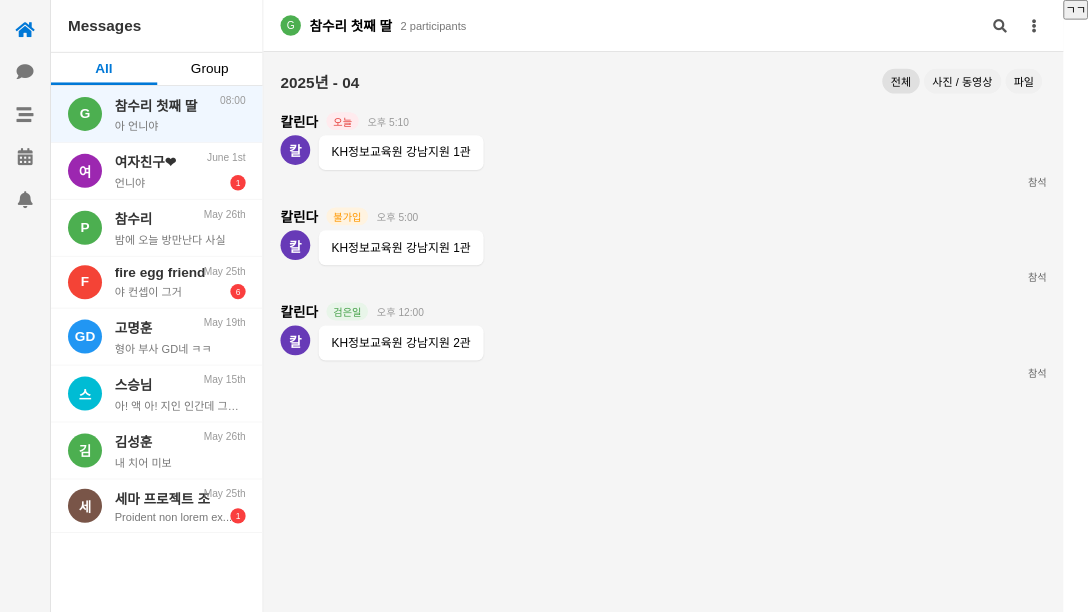
Repository: 1400CP/99_spring-test
Page: http://localhost/Test/
The author's editor kept a copy of each file at every save. The page is drawn from the files as they stood at one save, then again after the next save.
The browser window is 1280 px wide. The pictures show the whole page, at 85% of full size.
The page is served by Tomcat 9. Other server files are loaded and not shown.

Above is the page before, as saved 2025-04-21 08:54:51.
Console error: SyntaxError: missing ) after argument list

### Test/src/main/webapp/index.jsp
<%@ page language="java" contentType="text/html; charset=UTF-8"
    pageEncoding="UTF-8"%>
<!DOCTYPE html>
<html>
<head>
<meta charset="UTF-8">
<title>Insert title here</title>
</head>
<body>
	<jsp:include page="final_calendar1_1.jsp" />

	<form action="earth.bo">
		<button type=submit>ㄱㄱ</button>
	</form>
	<script>
	$.ajax
		(
		url:earth.bo,
		success:function(result){
			console.log("result")
		},
		error:function(){
			console.log("ajax실패")
		}
		)

	</script>

</body>
</html>

### Test/src/main/webapp/final_calendar1_1.jsp
<%@ page language="java" contentType="text/html; charset=UTF-8"
    pageEncoding="UTF-8"%>
<!DOCTYPE html>
<html lang="ko">
<head>
  <meta charset="UTF-8">
  <meta name="viewport" content="width=device-width, initial-scale=1.0">
  <title>채팅 애플리케이션</title>
  <style>
    * {
      margin: 0;
      padding: 0;
      box-sizing: border-box;
      font-family: 'Apple SD Gothic Neo', 'Nanum Gothic', sans-serif;
    }

    body {
      display: flex;
      height: 100vh;
    }

    .sidebar {
      width: 60px;
      background-color: #f5f5f5;
      display: flex;
      flex-direction: column;
      align-items: center;
      padding-top: 20px;
      border-right: 1px solid #e0e0e0;
    }

    .sidebar-icon {
      width: 30px;
      height: 30px;
      margin-bottom: 20px;
      display: flex;
      justify-content: center;
      align-items: center;
      cursor: pointer;
      color: #777;
    }

    .sidebar-icon.active {
      color: #0078d7;
    }

    .sidebar-icon i {
      font-size: 20px;
    }

    .chat-list {
      width: 250px;
      background-color: #fff;
      border-right: 1px solid #e0e0e0;
      overflow-y: auto;
    }

    .chat-header {
      padding: 20px;
      border-bottom: 1px solid #e0e0e0;
    }

    .chat-header h2 {
      font-size: 18px;
      font-weight: bold;
      color: #333;
    }

    .chat-tabs {
      display: flex;
      border-bottom: 1px solid #e0e0e0;
    }

    .chat-tab {
      flex: 1;
      padding: 10px;
      text-align: center;
      cursor: pointer;
      position: relative;
    }

    .chat-tab.active {
      font-weight: bold;
      color: #0078d7;
    }

    .chat-tab.active:after {
      content: '';
      position: absolute;
      bottom: 0;
      left: 0;
      width: 100%;
      height: 3px;
      background-color: #0078d7;
    }

    .chat-item {
      padding: 10px 20px;
      border-bottom: 1px solid #f5f5f5;
      cursor: pointer;
      display: flex;
      align-items: center;
      position: relative;
    }

    .chat-item.active {
      background-color: #f0f7ff;
    }

    .chat-item:hover {
      background-color: #f9f9f9;
    }

    .profile-icon {
      width: 40px;
      height: 40px;
      border-radius: 50%;
      background-color: #ddd;
      margin-right: 15px;
      display: flex;
      justify-content: center;
      align-items: center;
      color: white;
      font-weight: bold;
    }

    .chat-item-info {
      flex: 1;
    }

    .chat-name {
      font-weight: bold;
      margin-bottom: 3px;
      color: #333;
    }

    .chat-preview {
      font-size: 13px;
      color: #777;
      white-space: nowrap;
      overflow: hidden;
      text-overflow: ellipsis;
      max-width: 150px;
    }

    .chat-date {
      font-size: 12px;
      color: #999;
      position: absolute;
      right: 20px;
      top: 10px;
    }

    .notification-badge {
      width: 18px;
      height: 18px;
      background-color: #fa3e3e;
      color: white;
      border-radius: 50%;
      display: flex;
      justify-content: center;
      align-items: center;
      font-size: 10px;
      position: absolute;
      right: 20px;
      bottom: 10px;
    }

    .chat-content {
      flex: 1;
      display: flex;
      flex-direction: column;
      background-color: #f5f5f5;
    }

    .chat-top {
      padding: 15px 20px;
      border-bottom: 1px solid #e0e0e0;
      display: flex;
      justify-content: space-between;
      align-items: center;
      background-color: #fff;
    }

    .chat-title {
      display: flex;
      align-items: center;
    }

    .group-icon {
      width: 24px;
      height: 24px;
      display: flex;
      justify-content: center;
      align-items: center;
      background-color: #4caf50;
      border-radius: 50%;
      margin-right: 10px;
      color: white;
      font-size: 12px;
    }

    .chat-title h3 {
      font-size: 16px;
      font-weight: bold;
    }

    .chat-title span {
      font-size: 13px;
      color: #777;
      margin-left: 10px;
    }

    .chat-actions {
      display: flex;
      align-items: center;
    }

    .action-icon {
      width: 30px;
      height: 30px;
      display: flex;
      justify-content: center;
      align-items: center;
      cursor: pointer;
      margin-left: 10px;
      color: #555;
    }

    .chat-messages {
      flex: 1;
      padding: 20px;
      overflow-y: auto;
    }

    .date-divider {
      text-align: center;
      margin: 15px 0;
      position: relative;
    }

    .date-divider::before {
      content: '';
      position: absolute;
      top: 50%;
      left: 0;
      right: 0;
      height: 1px;
      background-color: #e0e0e0;
      z-index: 1;
    }

    .date-text {
      background-color: #f5f5f5;
      padding: 0 10px;
      position: relative;
      z-index: 2;
      font-size: 14px;
      color: #777;
    }

    .year-month {
      display: flex;
      justify-content: space-between;
      align-items: center;
      margin-bottom: 20px;
    }

    .year-month-text {
      font-size: 18px;
      font-weight: bold;
      color: #333;
    }

    .media-tabs {
      display: flex;
    }

    .media-tab {
      padding: 5px 10px;
      margin-right: 5px;
      border-radius: 15px;
      cursor: pointer;
      font-size: 13px;
      background-color: #f0f0f0;
    }

    .media-tab.active {
      background-color: #e0e0e0;
    }

    .message {
      margin-bottom: 20px;
      display: flex;
      flex-direction: column;
    }

    .message-header {
      display: flex;
      align-items: center;
      margin-bottom: 5px;
    }

    .message-sender {
      font-weight: bold;
      margin-right: 10px;
    }

    .message-time {
      font-size: 12px;
      color: #999;
    }

    .message-body {
      display: flex;
      align-items: flex-start;
    }

    .message-profile {
      width: 35px;
      height: 35px;
      border-radius: 50%;
      background-color: #673ab7;
      margin-right: 10px;
      display: flex;
      justify-content: center;
      align-items: center;
      color: white;
      font-weight: bold;
    }

    .message-content {
      background-color: white;
      padding: 10px 15px;
      border-radius: 8px;
      box-shadow: 0 1px 2px rgba(0, 0, 0, 0.1);
      max-width: 60%;
    }

    .message-text {
      font-size: 14px;
      line-height: 1.5;
    }

    .message-attachment {
      margin-top: 5px;
      font-size: 13px;
      color: #0078d7;
      display: flex;
      align-items: center;
    }

    .message-info {
      font-size: 12px;
      color: #999;
    }

    .message-actions {
      display: flex;
      justify-content: flex-end;
      margin-top: 5px;
    }

    .action-button {
      margin-left: 10px;
      font-size: 12px;
      color: #666;
      cursor: pointer;
    }

    .status-tag {
      padding: 2px 8px;
      border-radius: 12px;
      font-size: 12px;
      margin-right: 10px;
    }

    .status-red {
      background-color: #ffebee;
      color: #e53935;
    }

    .status-green {
      background-color: #e8f5e9;
      color: #43a047;
    }

    .status-orange {
      background-color: #fff3e0;
      color: #ff9800;
    }

    .dropdown {
      position: relative;
      display: inline-block;
    }

    .dropdown-content {
      display: none;
      position: absolute;
      background-color: white;
      min-width: 120px;
      box-shadow: 0px 8px 16px rgba(0,0,0,0.1);
      z-index: 1;
      border-radius: 4px;
    }

    .dropdown-content a {
      color: black;
      padding: 10px 15px;
      text-decoration: none;
      display: block;
      font-size: 14px;
    }

    .dropdown-content a:hover {
      background-color: #f5f5f5;
    }

    .dropdown:hover .dropdown-content {
      display: block;
    }

    /* Calendar Hover */
    .calendar-popup {
      display: none;
      position: absolute;
      top: 60px;
      left: 100px;
      width: 300px;
      background-color: white;
      border-radius: 8px;
      box-shadow: 0 5px 15px rgba(0,0,0,0.1);
      z-index: 1000;
      padding: 15px;
    }

    .calendar-header {
      display: flex;
      justify-content: space-between;
      align-items: center;
      margin-bottom: 15px;
    }

    .calendar-title {
      font-weight: bold;
    }

    .calendar-nav {
      display: flex;
    }

    .calendar-nav-btn {
      padding: 5px 10px;
      cursor: pointer;
    }

    .calendar-weekdays {
      display: grid;
      grid-template-columns: repeat(7, 1fr);
      text-align: center;
      font-weight: bold;
      margin-bottom: 10px;
    }

    .calendar-days {
      display: grid;
      grid-template-columns: repeat(7, 1fr);
      gap: 5px;
    }

    .calendar-day {
      height: 30px;
      display: flex;
      justify-content: center;
      align-items: center;
      cursor: pointer;
      border-radius: 50%;
    }

    .calendar-day:hover {
      background-color: #f0f0f0;
    }

    .calendar-day.current {
      background-color: #0078d7;
      color: white;
    }

    .calendar-day.event {
      position: relative;
    }

    .calendar-day.event::after {
      content: '';
      position: absolute;
      bottom: 2px;
      width: 4px;
      height: 4px;
      background-color: #0078d7;
      border-radius: 50%;
    }

    .status-selector {
      margin-top: 5px;
      display: flex;
      align-items: center;
    }

    .status-selector select {
      padding: 5px;
      border-radius: 4px;
      border: 1px solid #ddd;
      margin-left: 5px;
    }
  </style>
  <link href="https://cdnjs.cloudflare.com/ajax/libs/font-awesome/5.15.4/css/all.min.css" rel="stylesheet">
</head>
<body>
  <!-- 사이드바 메뉴 -->
  <div class="sidebar">
    <div class="sidebar-icon active" id="home-btn" title="홈">
      <i class="fas fa-home"></i>
    </div>
    <div class="sidebar-icon" id="chat-btn" title="채팅">
      <i class="fas fa-comment"></i>
    </div>
    <div class="sidebar-icon" id="timeline-btn" title="타임라인">
      <i class="fas fa-stream"></i>
    </div>
    <div class="sidebar-icon" id="calendar-btn" title="캘린더">
      <i class="fas fa-calendar-alt"></i>
    </div>
    <div class="sidebar-icon" id="notification-btn" title="알림">
      <i class="fas fa-bell"></i>
    </div>
  </div>

  <!-- 채팅 목록 -->
  <div class="chat-list">
    <div class="chat-header">
      <h2>Messages</h2>
    </div>
    <div class="chat-tabs">
      <div class="chat-tab active" id="all-tab">All</div>
      <div class="chat-tab" id="group-tab">Group</div>
    </div>

    <div class="chat-item active">
      <div class="profile-icon" style="background-color: #4caf50;">G</div>
      <div class="chat-item-info">
        <div class="chat-name">참수리 첫째 딸</div>
        <div class="chat-preview">아 언니야</div>
      </div>
      <div class="chat-date">08:00</div>
    </div>

    <div class="chat-item">
      <div class="profile-icon" style="background-color: #9c27b0;">여</div>
      <div class="chat-item-info">
        <div class="chat-name">여자친구❤</div>
        <div class="chat-preview">언니야</div>
      </div>
      <div class="chat-date">June 1st</div>
      <div class="notification-badge">1</div>
    </div>

    <div class="chat-item">
      <div class="profile-icon" style="background-color: #4caf50;">P</div>
      <div class="chat-item-info">
        <div class="chat-name">참수리</div>
        <div class="chat-preview">밤에 오늘 방만난다 사실</div>
      </div>
      <div class="chat-date">May 26th</div>
    </div>

    <div class="chat-item">
      <div class="profile-icon" style="background-color: #f44336;">F</div>
      <div class="chat-item-info">
        <div class="chat-name">fire egg friend</div>
        <div class="chat-preview">야 컨셉이 그거</div>
      </div>
      <div class="chat-date">May 25th</div>
      <div class="notification-badge">6</div>
    </div>

    <div class="chat-item">
      <div class="profile-icon" style="background-color: #2196f3;">GD</div>
      <div class="chat-item-info">
        <div class="chat-name">고명훈</div>
        <div class="chat-preview">형아 부사 GD네 ㅋㅋ</div>
      </div>
      <div class="chat-date">May 19th</div>
    </div>

    <div class="chat-item">
      <div class="profile-icon" style="background-color: #00bcd4;">스</div>
      <div class="chat-item-info">
        <div class="chat-name">스승님</div>
        <div class="chat-preview">아! 액 아! 지인 인간데 그걸 못해?</div>
      </div>
      <div class="chat-date">May 15th</div>
    </div>

    <div class="chat-item">
      <div class="profile-icon" style="background-color: #4caf50;">김</div>
      <div class="chat-item-info">
        <div class="chat-name">김성훈</div>
        <div class="chat-preview">내 치어 미보</div>
      </div>
      <div class="chat-date">May 26th</div>
    </div>

    <div class="chat-item">
      <div class="profile-icon" style="background-color: #795548;">세</div>
      <div class="chat-item-info">
        <div class="chat-name">세마 프로젝트 조</div>
        <div class="chat-preview">Proident non lorem ex...</div>
      </div>
      <div class="chat-date">May 25th</div>
      <div class="notification-badge">1</div>
    </div>
  </div>

  <!-- 채팅 내용 -->
  <div class="chat-content">
    <div class="chat-top">
      <div class="chat-title">
        <div class="group-icon">G</div>
        <h3>참수리 첫째 딸</h3>
        <span>2 participants</span>
      </div>
      <div class="chat-actions">
        <div class="action-icon">
          <i class="fas fa-search"></i>
        </div>
        <div class="action-icon">
          <i class="fas fa-ellipsis-v"></i>
        </div>
      </div>
    </div>

    <div class="chat-messages">
      <div class="year-month">
        <div class="year-month-text">2025년 - 04</div>
        <div class="media-tabs">
          <div class="media-tab active">전체</div>
          <div class="media-tab">사진 / 동영상</div>
          <div class="media-tab">파일</div>
        </div>
      </div>

      <div class="message">
        <div class="message-header">
          <div class="message-sender">칼린다</div>
          <div class="status-tag status-red">오늘</div>
          <div class="message-time">오후 5:10</div>
        </div>
        <div class="message-body">
          <div class="message-profile" style="background-color: #673ab7;">칼</div>
          <div class="message-content">
            <div class="message-text">KH정보교육원 강남지원 1관</div>
            <div class="message-info"></div>
          </div>
        </div>
        <div class="message-actions">
          <div class="dropdown">
            <div class="action-button">참석</div>
            <div class="dropdown-content">
              <a href="#">참석</a>
              <a href="#">불참</a>
              <a href="#">미정</a>
            </div>
          </div>
        </div>
      </div>

      <div class="message">
        <div class="message-header">
          <div class="message-sender">칼린다</div>
          <div class="status-tag status-orange">불가입</div>
          <div class="message-time">오후 5:00</div>
        </div>
        <div class="message-body">
          <div class="message-profile" style="background-color: #673ab7;">칼</div>
          <div class="message-content">
            <div class="message-text">KH정보교육원 강남지원 1관</div>
            <div class="message-info"></div>
          </div>
        </div>
        <div class="message-actions">
          <div class="dropdown">
            <div class="action-button">참석</div>
            <div class="dropdown-content">
              <a href="#">참석</a>
              <a href="#">불참</a>
              <a href="#">미정</a>
            </div>
          </div>
        </div>
      </div>

      <div class="message">
        <div class="message-header">
          <div class="message-sender">칼린다</div>
          <div class="status-tag status-green">검은일</div>
          <div class="message-time">오후 12:00</div>
        </div>
        <div class="message-body">
          <div class="message-profile" style="background-color: #673ab7;">칼</div>
          <div class="message-content">
            <div class="message-text">KH정보교육원 강남지원 2관</div>
            <div class="message-info"></div>
          </div>
        </div>
        <div class="message-actions">
          <div class="dropdown">
            <div class="action-button">참석</div>
            <div class="dropdown-content">
              <a href="#">참석</a>
              <a href="#">불참</a>
              <a href="#">미정</a>
            </div>
          </div>
        </div>
      </div>
    </div>
  </div>

  <!-- 캘린더 팝업 (hover시 표시) -->
  <div class="calendar-popup" id="calendar-popup">
    <div class="calendar-header">
      <div class="calendar-title">2025년 4월</div>
      <div class="calendar-nav">
        <div class="calendar-nav-btn"><i class="fas fa-chevron-left"></i></div>
        <div class="calendar-nav-btn"><i class="fas fa-chevron-right"></i></div>
      </div>
    </div>
    <div class="calendar-weekdays">
      <div>일</div>
      <div>월</div>
      <div>화</div>
      <div>수</div>
      <div>목</div>
      <div>금</div>
      <div>토</div>
    </div>
    <div class="calendar-days">
      <!-- 날짜 생성은 JavaScript로 처리 -->
    </div>
  </div>

  <script>
    // 사이드바 메뉴 기능
    document.querySelectorAll('.sidebar-icon').forEach(icon => {
      icon.addEventListener('click', function() {
        document.querySelectorAll('.sidebar-icon').forEach(i => i.classList.remove('active'));
        this.classList.add('active');

        // 캘린더 버튼 클릭시 캘린더 팝업 토글
        if (this.id === 'calendar-btn') {
          const calendarPopup = document.getElementById('calendar-popup');
          calendarPopup.style.display = calendarPopup.style.display === 'block' ? 'none' : 'block';
        } else {
          document.getElementById('calendar-popup').style.display = 'none';
        }
      });
    });

    // 채팅 탭 기능
    document.querySelectorAll('.chat-tab').forEach(tab => {
      tab.addEventListener('click', function() {
        document.querySelectorAll('.chat-tab').forEach(t => t.classList.remove('active'));
        this.classList.add('active');
      });
    });

    // 미디어 탭 기능
    document.querySelectorAll('.media-tab').forEach(tab => {
      tab.addEventListener('click', function() {
        document.querySelectorAll('.media-tab').forEach(t => t.classList.remove('active'));
        this.classList.add('active');
      });
    });

    // 채팅방 선택 기능
    document.querySelectorAll('.chat-item').forEach(item => {
      item.addEventListener('click', function() {
        document.querySelectorAll('.chat-item').forEach(i => i.classList.remove('active'));
        this.classList.add('active');
      });
    });

    // 캘린더 생성 함수
    function createCalendar() {
      const daysContainer = document.querySelector('.calendar-days');
      daysContainer.innerHTML = '';

      // 2025년 4월의 첫 날과 마지막 날
      const firstDay = new Date(2025, 3, 1).getDay(); // 3은 4월 (0부터 시작)
      const lastDate = new Date(2025, 4, 0).getDate();

      // 이전 달의 일부 날짜 표시 (비활성)
      for (let i = 0; i < firstDay; i++) {
        const dayElem = document.createElement('div');
        dayElem.className = 'calendar-day inactive';
        daysContainer.appendChild(dayElem);
      }

      // 현재 달의 날짜 표시
      for (let i = 1; i <= lastDate; i++) {
        const dayElem = document.createElement('div');
        dayElem.className = 'calendar-day';
        dayElem.textContent = i;

        // 이벤트가 있는 날짜 표시 (예시)
        if (i === 16 || i === 17 || i === 18) {
          dayElem.classList.add('event');
        }

        // 오늘 날짜 표시 (예시)
        if (i === 16) {
          dayElem.classList.add('current');
        }

        daysContainer.appendChild(dayElem);
      }
    }

    // 페이지 로드 시 캘린더 생성
    window.addEventListener('DOMContentLoaded', createCalendar);

    // 상태 선택 기능 (참석, 불참, 미정)
    document.querySelectorAll('.dropdown-content a').forEach(option => {
      option.addEventListener('click', function(e) {
        e.preventDefault();
        const status = this.textContent;
        const actionButton = this.closest('.dropdown').querySelector('.action-button');
        actionButton.textContent = status;

        // 여기에 상태 변경 로직 추가 가능
        // 예: 서버에 상태 업데이트 요청 등
      });
    });
  </script>
</body>
</html>

Loaded but not shown: Test/src/main/webapp/alarm_edit.jsp (1177 lines, source omitted)

After the next save:
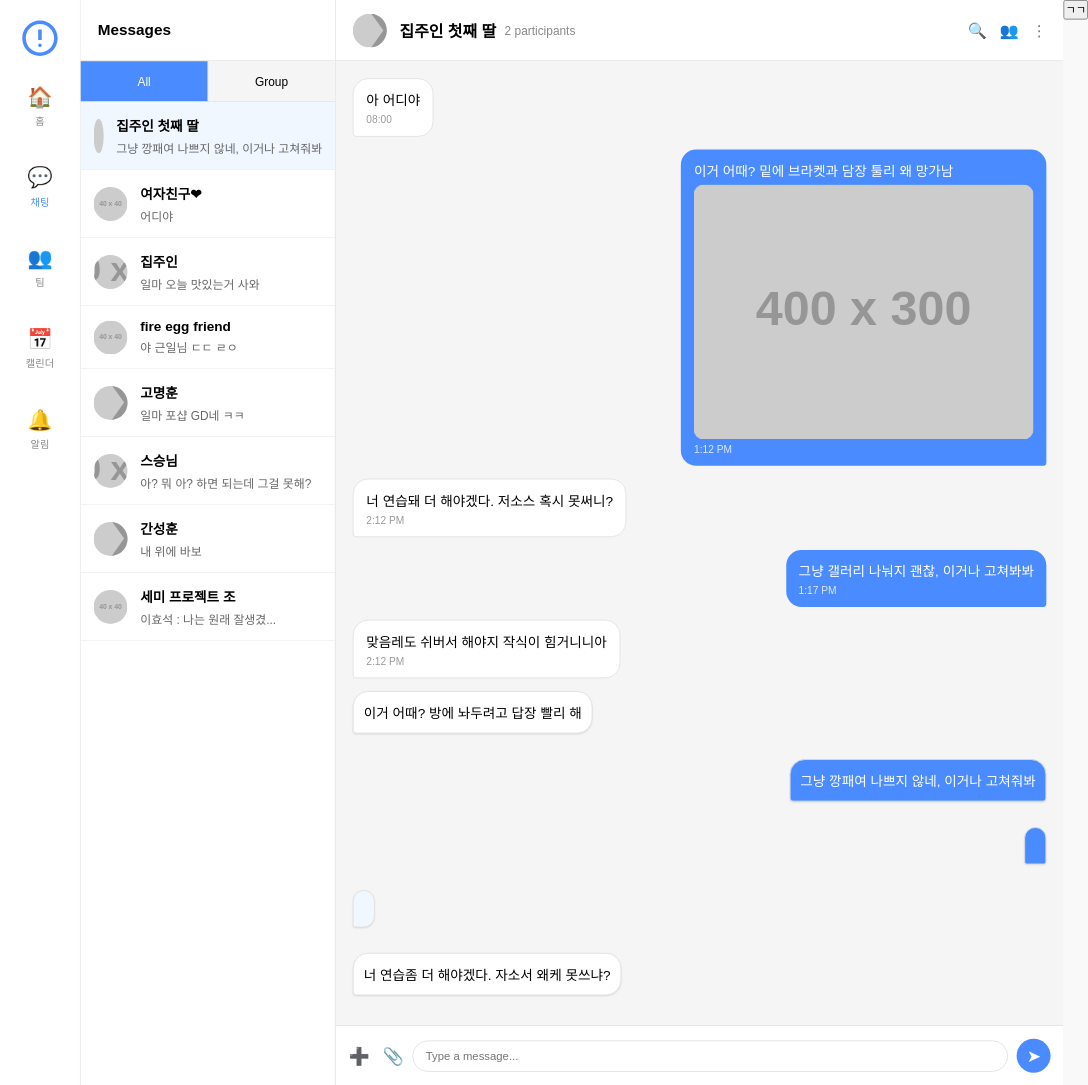
Saved 15 s later.
--- a/Test/src/main/webapp/index.jsp
+++ b/Test/src/main/webapp/index.jsp
@@ -7,7 +7,7 @@
 <title>Insert title here</title>
 </head>
 <body>
-	<jsp:include page="final_calendar1_1.jsp" />
+	<jsp:include page="alarm_edit.jsp" />
 
 	<form action="earth.bo">
 		<button type=submit>ㄱㄱ</button>
